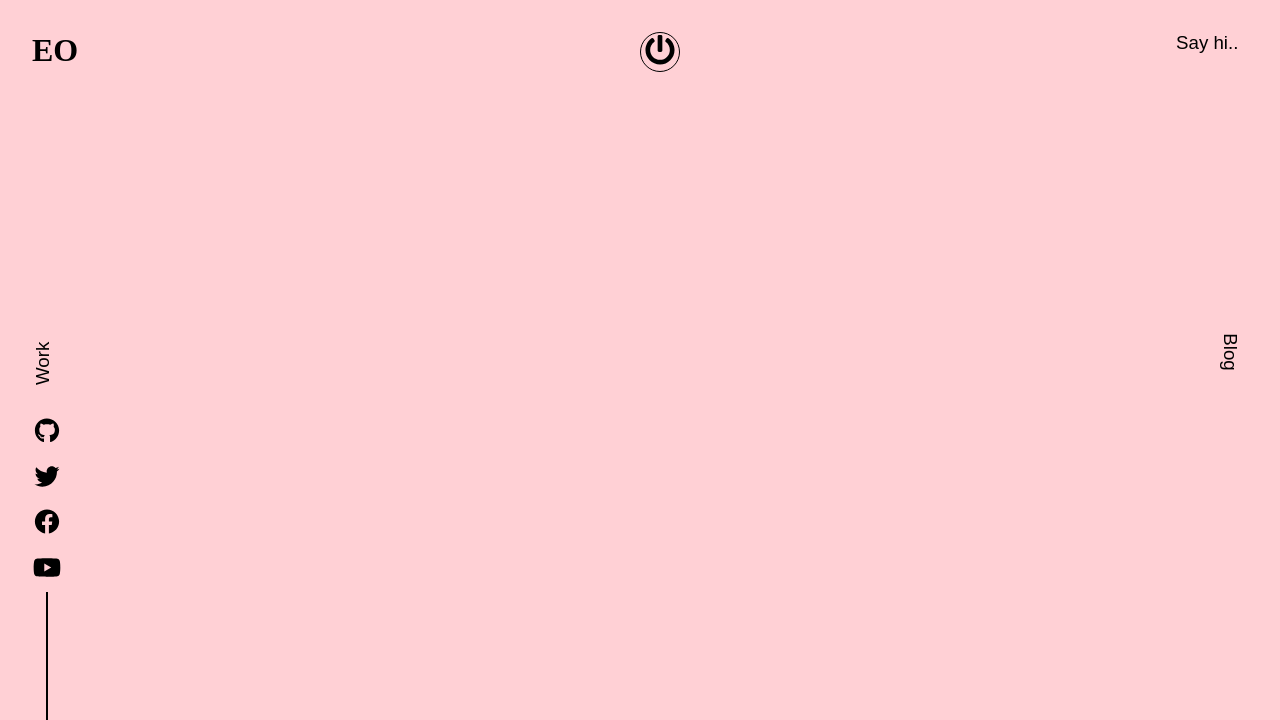
Repository: Deonorla/deon-dev
Page: /main
The author's editor kept a copy of each file at every save. The page is drawn from the files as they stood at one save, then again after the next save.
The browser window is 1280 px wide. The pictures show the whole page.
The project was rebuilt for these pictures with package versions that can differ from the ones it lists, and the page was loaded fresh each time. The framework's server and built-in components were replaced by stand-ins that run in the browser. Also part of the build but not shown: next.config.ts.

Above is the page before, as saved 2025-05-28 13:46:01.

After the next save:
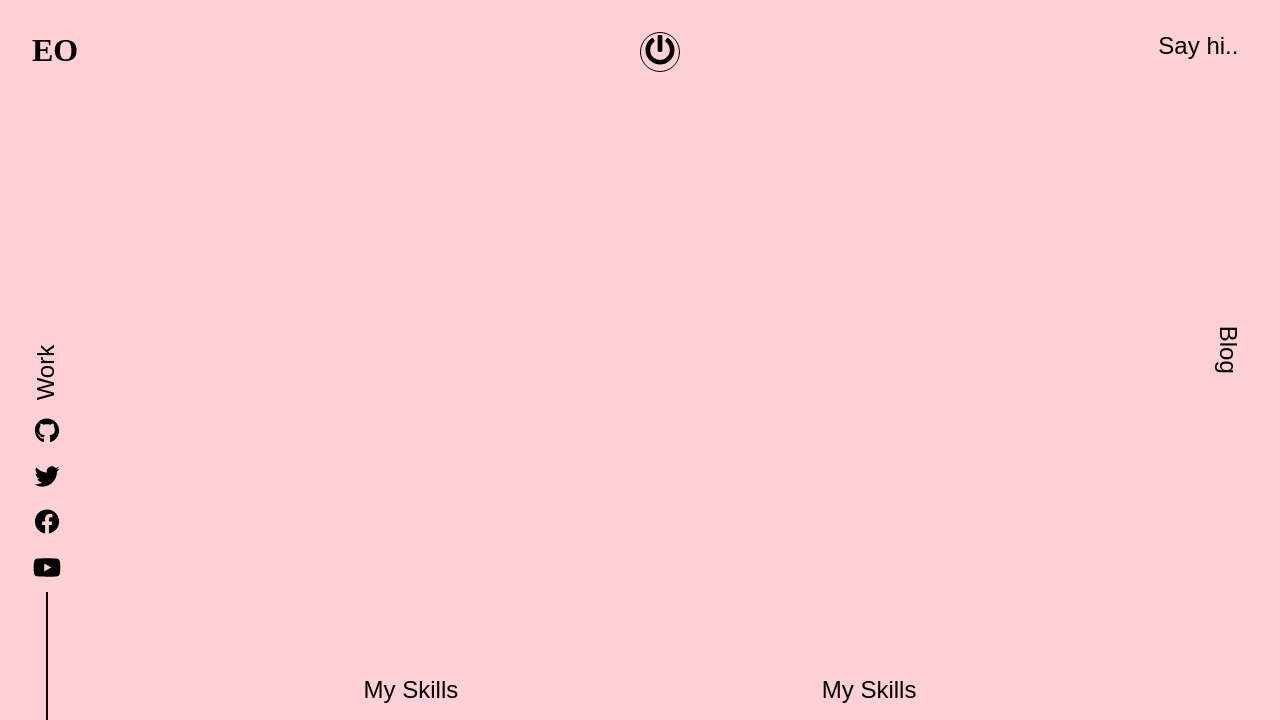
Saved 10 min 10 s later.
--- a/src/app/main/page.tsx
+++ b/src/app/main/page.tsx
@@ -54,6 +54,26 @@
   text-decoration: none;
   z-index: 1;
 `;
+const BottomBar = styled.div`
+  position: absolute;
+  bottom: 1rem;
+  left: 0;
+  right: 0;
+  width: 100%;
+
+  display: flex;
+  justify-content: space-evenly;
+`;
+const About = styled(Link)`
+  color: ${(props) => props.theme.text};
+  text-decoration: none;
+  z-index: 1;
+`;
+const Skills = styled(Link)`
+  color: ${(props) => props.theme.text};
+  text-decoration: none;
+  z-index: 1;
+`;
 
 const Main = () => {
   return (
@@ -63,14 +83,22 @@
         <LogoComponent />
         <Socials />
         <Contact target="_blank" href="mailto:deonoluleye@gmail.com">
-          <h3>Say hi..</h3>
+          <h2>Say hi..</h2>
         </Contact>
         <Blog href="/blog">
-          <h3>Blog</h3>
+          <h2>Blog</h2>
         </Blog>
         <Work href="/work">
-          <h3>Work</h3>
+          <h2>Work</h2>
         </Work>
+        <BottomBar>
+          <About href="/about">
+            <h2>My Skills</h2>
+          </About>
+          <Skills href="/Skills">
+            <h2>My Skills</h2>
+          </Skills>
+        </BottomBar>
       </Container>
     </MainContainer>
   );
